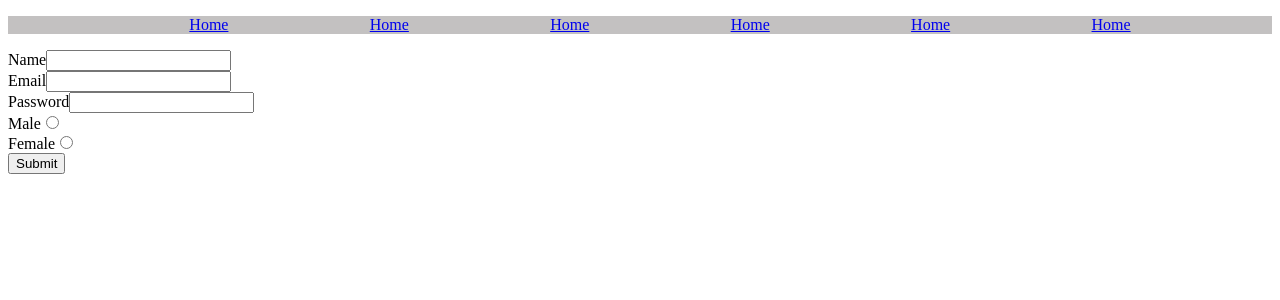
Repository: Naynsh2904/Advance_Java
Page: http://localhost/createForm/NewFile.jsp
The author's editor kept a copy of each file at every save. The page is drawn from the files as they stood at one save, then again after the next save.
The browser window is 1280 px wide. The pictures show the whole page.
The page is served by Tomcat 9.

Above is the page before, as saved 2025-01-31 09:51:15.

### createForm/src/main/webapp/NewFile.jsp
<%@ page language="java" contentType="text/html; charset=UTF-8"
	pageEncoding="UTF-8"%>
<!DOCTYPE html>
<html>
<head>
<meta charset="UTF-8">
<title>Document</title>
<style >
	li{
    list-style: none;
  }
  ul {
    background-color: #c3c1c1;
    display: flex;
    justify-content: space-evenly;
  }
</style>
</head>

<body>
	<div>

		<nav>
			<ul>
				<li><a href="#">Home</a></li>
				<li><a href="#">Home</a></li>
				<li><a href="#">Home</a></li>
				<li><a href="#">Home</a></li>
				<li><a href="#">Home</a></li>
				<li><a href="#">Home</a></li>
			</ul>
		</nav>
		<form action="#" method="get">
			Name<input type="text" name="name" value="" /><br> Email<input
				type="email" name="email" value="" /><br> Password<input
				type="password" name="password" value="" /><br> Male<input
				type="radio" name="gender" value="male" /><br> Female<input
				type="radio" name="gender" value="female" /><br>
			<div>
				<button type="submit" name="btn">Submit</button>
			</div>
		</form>
		<%
		if (request.getParameter("btn") != null) {
			String Name = request.getParameter("name");
			String Email = request.getParameter("email");
			String Pass = request.getParameter("password");
			String Gender = request.getParameter("gender");

			out.print("Name " + Name + " " + "Email: " + Email + " " + "Pass: " + Pass + " " + " Gender " + Gender);
		%>
		<h1>Name :<%=Name%></h1>
		<h1>Email : <%=Email%></h1>
		<h1>Pass :<%=Pass%></h1>
		<h1>Gender :<%=Gender%></h1>
		<script>
			alert("successfully Done !! ")
		</script>
		<%
		}
		%>
	</div>
</body>
</html>

After the next save:
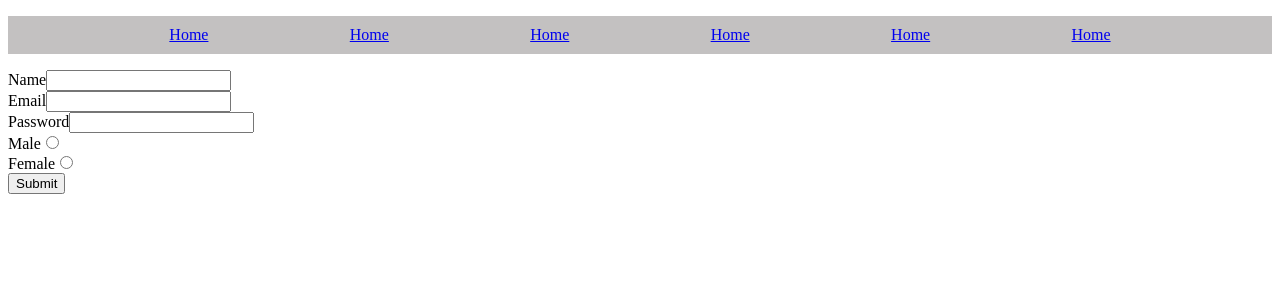
Saved 47 s later.
--- a/createForm/src/main/webapp/NewFile.jsp
+++ b/createForm/src/main/webapp/NewFile.jsp
@@ -10,6 +10,7 @@
     list-style: none;
   }
   ul {
+    padding: 10px 20px;
     background-color: #c3c1c1;
     display: flex;
     justify-content: space-evenly;
